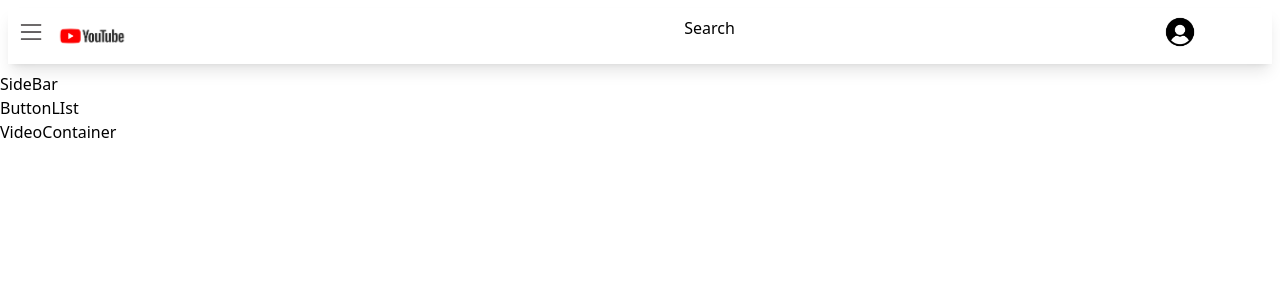
Repository: AmolPawar7181/namaste-youtube
Page: /
These files come from the project's save history. The page is drawn as it stood at one moment and after the next save; the edit follows.
The browser window is 1280 px wide. The pictures show the whole page.
The project was rebuilt for these pictures with package versions that can differ from the ones it lists, and the page was loaded fresh each time. Also part of the build but not shown: vite.config.ts.

Above is the page before, as saved 2023-03-19 12:11:40.

### src/App.tsx
import Body from './components/Body';
import Head from './components/Head';
import './index.css';

function App() {

  return (
    <>
    <Head />
    <Body />
    </>
  )
}

export default App;

### src/components/Body.tsx
import React from 'react'
import MainContainer from './MainContainer'
import SideBar from './SideBar'

const Body = () => {
  return (
    <div>
        <SideBar />
        <MainContainer />
    </div>
  )
}

export default Body

### src/components/Head.tsx
import React from 'react'

const Head = () => {
  return (
    <div className='grid grid-flow-col p-2 m-2 shadow-lg'>
        <div className='flex col-span-1'>
        <img className="h-8" src="data:[embedded picture, 558 characters]" alt="menu"/>
        <img className="h-10 mx-2" src="data:[embedded picture, 4610 characters]" alt="Youtube" />
        </div>
        <div className='col-span-10'>
            <input className='w-1/2' type="text" />
            <button>Search</button>
        </div>
        <div className='col-span-1'>
            <img className="h-8" alt="user" src='data:[embedded picture, 3630 characters]'/>
            </div>
    </div>
  )
}

export default Head

### src/components/MainContainer.tsx
import React from 'react'
import ButtonList from './ButtonLIst';
import VideoContainer from './VideoContainer';

const MainContainer = () => {
  return (
    <div>
        <ButtonList />
        <VideoContainer />
    </div>
  )
}

export default MainContainer

### src/components/ButtonLIst.tsx
import React from 'react'

const ButtonList = () => {
  return (
    <div>ButtonLIst</div>
  )
}

export default ButtonList;

### tailwind.config.cjs
/** @type {import('tailwindcss').Config} */
module.exports = {
  content: [
    "./index.html",
  "./src/**/*.{js,ts,jsx,tsx}",],
  theme: {
    extend: {},
  },
  plugins: [],
}

Loaded but not shown: index.html (common file); src/main.tsx (common file); src/index.css (common file); src/components/SideBar.tsx (common file); src/components/VideoContainer.tsx (common file)

After the next save:
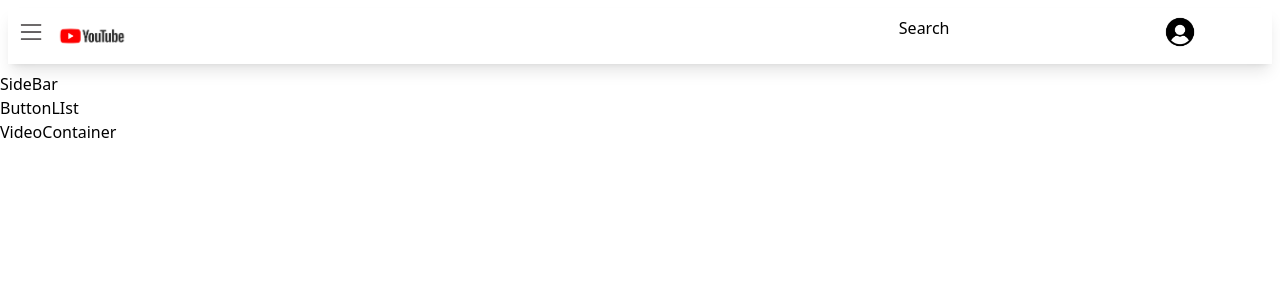
Saved 20 s later.
--- a/src/components/Head.tsx
+++ b/src/components/Head.tsx
@@ -7,7 +7,7 @@
         <img className="h-8" src="data:[embedded picture, 558 characters]" alt="menu"/>
         <img className="h-10 mx-2" src="data:[embedded picture, 4610 characters]" alt="Youtube" />
         </div>
-        <div className='col-span-10'>
+        <div className='col-span-10 text-center'>
             <input className='w-1/2' type="text" />
             <button>Search</button>
         </div>
